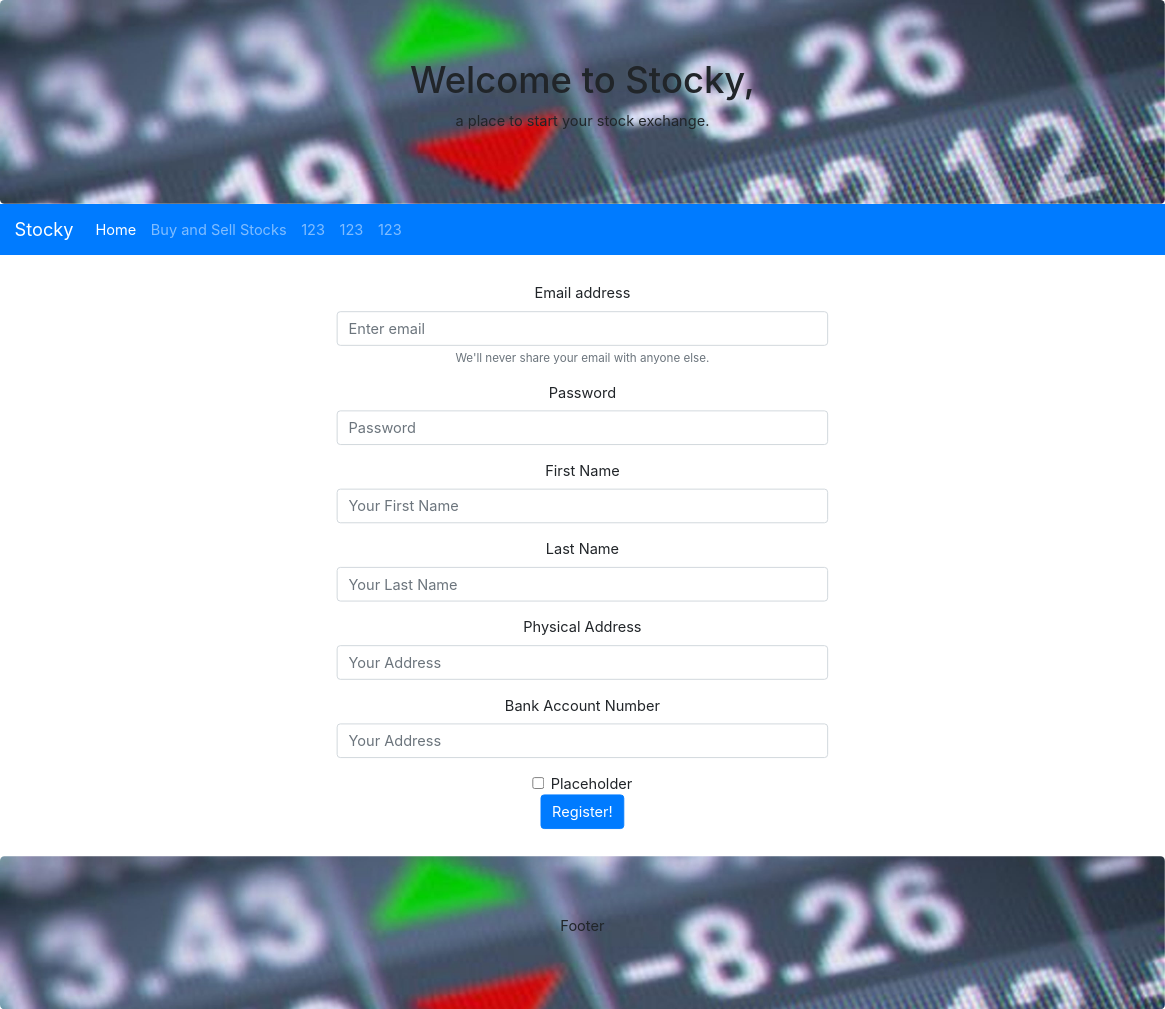
Repository: madfufuu/stocky
Page: http://localhost/stocky/signup.jsp
The author's editor kept a copy of each file at every save. The page is drawn from the files as they stood at one save, then again after the next save.
The browser window is 1280 px wide. The pictures show the whole page, at 91% of full size.
The page is served by Tomcat 9. Other server files are loaded and not shown.

Above is the page before, as saved 2019-11-27 23:07:52.

### stocky-new-master/stocky/WebContent/signup.jsp
<%@ page language="java" contentType="text/html; charset=UTF-8"
    pageEncoding="UTF-8"%>
<!DOCTYPE html>
<html lang="en">
<head>
	<!-- Required meta tags -->
    <meta charset="utf-8">
    <meta name="viewport" content="width=device-width, initial-scale=1, shrink-to-fit=no">

	<!-- Bootstrap CSS -->
	<link rel="stylesheet" href="https://stackpath.bootstrapcdn.com/bootstrap/4.3.1/css/bootstrap.min.css" integrity="sha384-ggOyR0iXCbMQv3Xipma34MD+dH/1fQ784/j6cY/iJTQUOhcWr7x9JvoRxT2MZw1T" crossorigin="anonymous">
	<link rel="stylesheet" type="text/css" href="./style.css">

	<title>Registration</title>
</head>

<body>
	<div class="jumbotron text-center" style="margin-bottom:0">
  		<h1>Welcome to Stocky,</h1>
 		<p>a place to start your stock exchange.</p>
	</div>

	<nav class="navbar navbar-expand-lg navbar-dark bg-primary sticky-top">
  		<a class="navbar-brand" href="index.jsp">Stocky</a>
  		<button class="navbar-toggler" type="button" data-toggle="collapse" data-target="#navbarSupportedContent" aria-controls="navbarSupportedContent" aria-expanded="false" aria-label="Toggle navigation">
    		<span class="navbar-toggler-icon"></span>
  		</button>

  		<div class="collapse navbar-collapse" id="navbarSupportedContent">
			<ul class="navbar-nav mr-auto">
				<li class="nav-item active">
					<a class="nav-link" href="index.jsp">Home <span class="sr-only">(current)</span></a>
				</li>

				<li class="nav-item">
					<a class="nav-link" href="#">Buy and Sell Stocks</a>
				</li>

				<li class="nav-item">
					<a class="nav-link" href="#">123</a>
				</li>

				<li class="nav-item">
					<a class="nav-link" href="#">123</a>
				</li>

				<li class="nav-item">
					<a class="nav-link" href="#">123</a>
				</li>

			</ul>

		</div>
	</nav>


	<div class="container">
		<div class="row justify-content-center">
			<form action="Registration" method="post" class="col-sm-6"
				id="signupForm">
				<div class="form-group">
					<label for="inputEmail">Email address</label> <input
						type="email" class="form-control" id="inputEmail" name="inputEmail"
						aria-describedby="emailHelp" placeholder="Enter email"> <small
						id="emailHelp" class="form-text text-muted">We'll never
						share your email with anyone else.</small>
				</div>
				<div class="form-group">
					<label for="inputPassword">Password</label> <input
						type="password" class="form-control" id="inputPassword" name="inputPassword"
						placeholder="Password">
				</div>
				<div class="form-group">
					<label for="inputFirstName">First Name</label> <input
						type="text" class="form-control" id="inputFirstName" name="inputFirstName"
						placeholder="Your First Name">
				</div>
				<div class="form-group">
					<label for="inputLastName">Last Name</label> <input
						type="text" class="form-control" id="inputLastName" name="inputLastName"
						placeholder="Your Last Name">
				</div>
				<div class="form-group">
					<label for="inputAddress">Physical Address</label> <input
						type="text" class="form-control" id="inputAddress" name="inputAddress"
						placeholder="Your Address">
				</div>
				<div class="form-group">
					<label for="inputBankAccountNum">Bank Account Number</label> <input
						type="text" class="form-control" id="inputBankAccountNum" name="inputBankAccountNum"
						placeholder="Your Address">
				</div>
				<div class="form-check">
					<input type="checkbox" class="form-check-input" id="exampleCheck1">
					<label class="form-check-label" for="exampleCheck1">Placeholder</label>
				</div>
				<button type="submit" class="btn btn-primary">Register!</button>
			</form>
		</div>
	</div>

	<div class="jumbotron text-center" style="margin-bottom:0">
		<p>Footer</p>
	</div>



	<!-- Optional JavaScript -->
    <!-- jQuery first, then Popper.js, then Bootstrap JS -->
	<script src="https://code.jquery.com/jquery-3.3.1.slim.min.js" integrity="sha384-q8i/X+965DzO0rT7abK41JStQIAqVgRVzpbzo5smXKp4YfRvH+8abtTE1Pi6jizo" crossorigin="anonymous"></script>
	<script src="https://cdnjs.cloudflare.com/ajax/libs/popper.js/1.14.7/umd/popper.min.js" integrity="sha384-UO2eT0CpHqdSJQ6hJty5KVphtPhzWj9WO1clHTMGa3JDZwrnQq4sF86dIHNDz0W1" crossorigin="anonymous"></script>
	<script src="https://stackpath.bootstrapcdn.com/bootstrap/4.3.1/js/bootstrap.min.js" integrity="sha384-JjSmVgyd0p3pXB1rRibZUAYoIIy6OrQ6VrjIEaFf/nJGzIxFDsf4x0xIM+B07jRM" crossorigin="anonymous"></script>
</body>
</html>

### stocky-new-master/stocky/WebContent/style.css
@charset "UTF-8";
#signin-form-card {
	width: 50%;
}

#signupForm{
	text-align: center;
	margin-top:  30px;
	margin-bottom:  30px;
}

.jumbotron, .text-center {
  background-image: url("assets/jumbotron_bottom.jpg");
  background-size: cover;
}

After the next save:
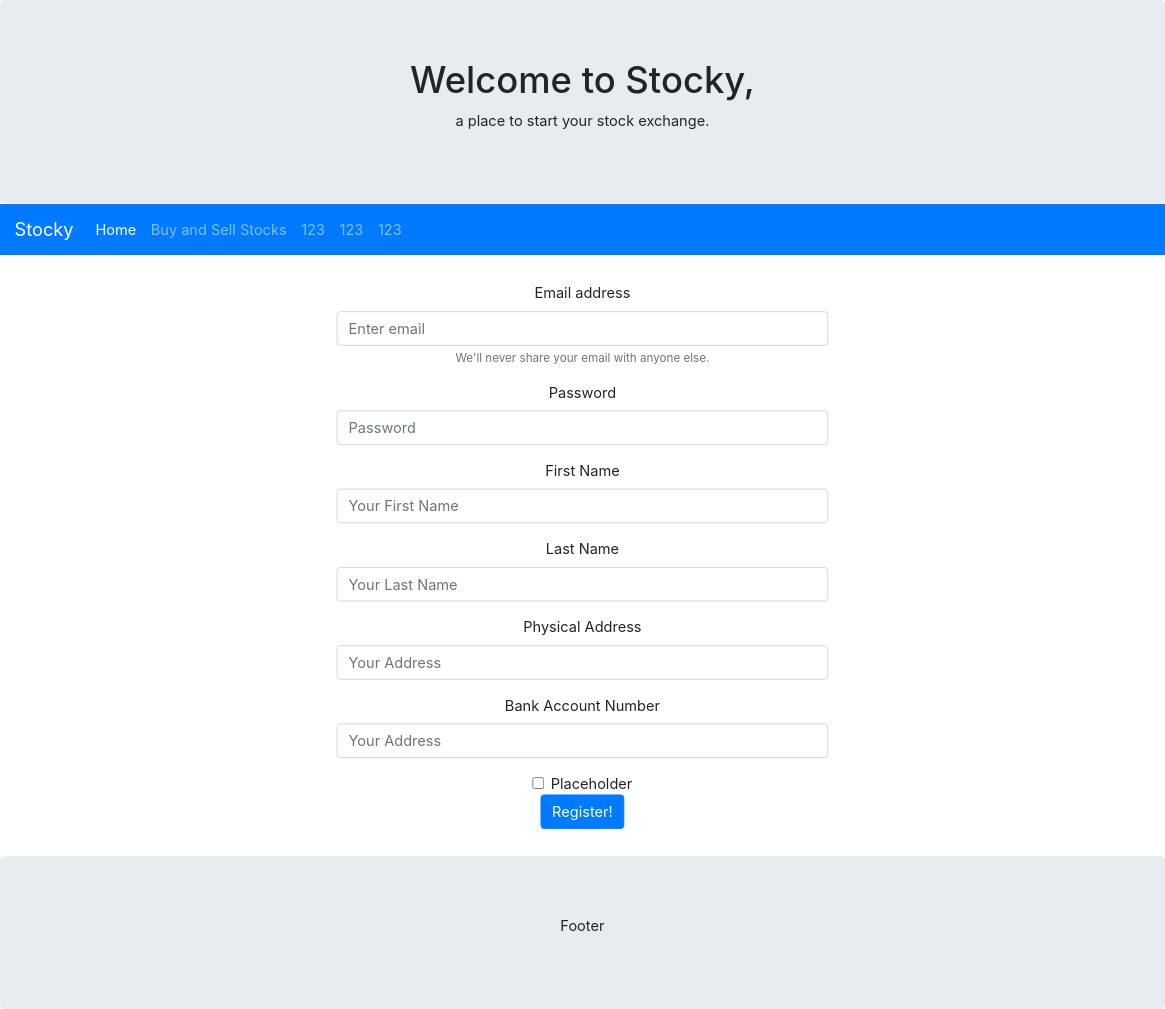
Saved 53 s later.
--- a/stocky-new-master/stocky/WebContent/style.css
+++ b/stocky-new-master/stocky/WebContent/style.css
@@ -9,7 +9,7 @@
 	margin-bottom:  30px;
 }
 
-.jumbotron, .text-center {
+#jumbotron-top {
   background-image: url("assets/jumbotron_bottom.jpg");
   background-size: cover;
 }
